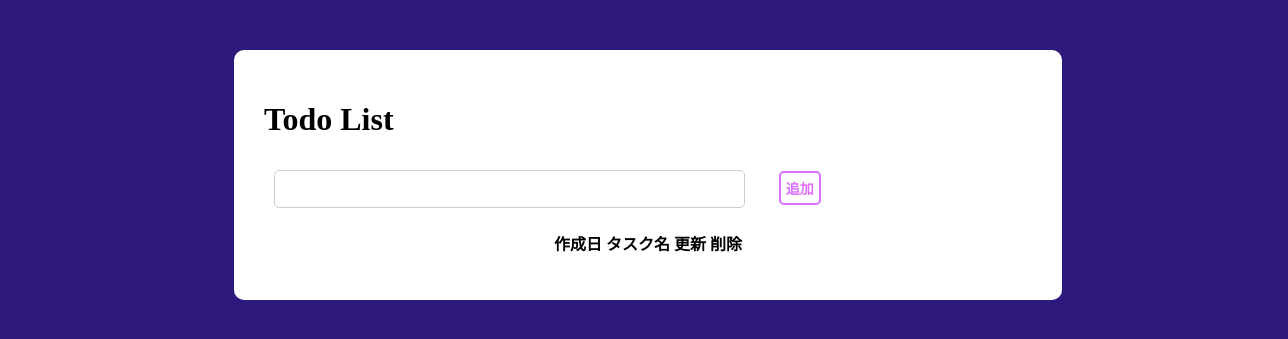
Repository: oninopantsu/20210529onoma
Page: http://localhost/todo/update
An editor plug-in stored every save of this project. The page is shown before and after a run of saves, followed by the edit.
The browser window is 1280 px wide. The page is 1288 px wide, so the pictures cover 1288 px, including what lies to the right of the window. The pictures show the whole page.
The page is served by the project's Laravel application, run on PHP 8.4 with Laravel 8. Other server files are loaded and not shown. Queries for data that is not in the repository find no rows.

Above is the page before, as saved 2021-06-05 16:42:14.

### routes/web.php
<?php

use App\Http\Controllers\TodoController;
use Illuminate\Support\Facades\Route;

/*
|--------------------------------------------------------------------------
| Web Routes
|--------------------------------------------------------------------------
|
| Here is where you can register web routes for your application. These
| routes are loaded by the RouteServiceProvider within a group which
| contains the "web" middleware group. Now create something great!
|
*/

Route::get('/',[TodoController::class,'index']);
Route::post('/',[TodoController::class,'create']);
Route::get('/todo/create',[TodoController::class,'index']);
Route::post('/todo/create',[TodoController::class,'create']);
Route::post('/todo/update',[TodoController::class,'index']);
Route::get('/todo/update',[TodoController::class,'update']);
Route::post('/todo/delete',[TodoController::class,'index']);
Route::get('/todo/delete',[TodoController::class,'delete']);

### app/Http/Controllers/TodoController.php
<?php

namespace App\Http\Controllers;


use Illuminate\Http\Request;
use Illuminate\Support\Facades\DB;
use App\Models\Todos;


class TodoController extends Controller
{
    public function index(Request $request)
    {
        $items = Todos::all();
        return view('index', ['items' => $items]);
    }
    public function create(Request $request)
    {
        $this->validate($request, Todos::$rules);
        $content = new Todos;
        $form = $request->all();
        unset($form['_token_']);
        $content->timestamps = false;
        $content->fill($form)->save();

        $items = Todos::all();
        return view('index', ['items' => $items]);
    }
    public function update(Request $request)
    {
        $items = Todos::all();
        return view('index', ['items' => $items]);
    }
    public function delete(Request $request)
    {
        $items = Todos::all();
        return view('index', ['items' => $items]);
    }
}

### app/Models/Todos.php
<?php

namespace App\Models;

use Illuminate\Database\Eloquent\Factories\HasFactory;
use Illuminate\Database\Eloquent\Model;
use Illuminate\Testing\Fluent\Concerns\Has;

class Todos extends Model
{
    use HasFactory;
    protected $guarded = array('id');
    public static $rules = array(
        'content' => 'required'
    );
    public function todos(){
        return $this->hasOne('App\Models\Todos');
    }
    public function getData()
    {
        return $this->id.':'.'('.$this->created_at.')' .$this->content;

    }

}

### resources/views/index.blade.php
<!DOCTYPE html>
<html lang="en">

<head>
  <meta charset="UTF-8">
  <meta http-equiv="X-UA-Compatible" content="IE=edge">
  <meta name="viewport" content="width=device-width, initial-scale=1.0">
  <title>@yield('title')</title>
  <style>
    body {
      background-color: #2d197c;
      width: 100%;
    }


    .todolist {
      margin: 50px auto;
      padding: 30px;
      width: 60%;
      background-color: #fff;
      color: #bbb;
      border-radius: 10px;
    }

    h1 {
      font-size: 32px;
      color: black;
    }

    .list__card {
      width: 100%;
      margin: 0 auto;
    }

    p {
      color: black;
      font-size: 12px;
    }

    .list {
      width: 60%;
      padding: 10px;
    }

    .submit {
      color: #dc70fa;
      border: 2px solid #dc70fa;
      background-color: #fff;
      font-weight: bold;
      margin-left: 30px;
      padding: 5px;
      cursor: pointer;
      transition: 0.4s;
    }

    .submit:hover {
      background-color: #dc70fa;
      color: #fff;
    }

    th {
      font-size: 16px;
      color: black;
    }


    table {
      display: flex;
      justify-content: space-around;
      padding: 10px;
    }
    td{
      padding-top: 10px;
      padding-left: 20px;
    }

    form {
      padding: 10px;
    }

    input {
      border-radius: 5px;
      border: 1px solid #ccc;
      font-size: 14px;
    }



    .button__update {
      border: 2px solid #fa9770;
      color: #fa9770;
      background-color: #fff;
      font-weight: bold;
      font-size: 12px;
      cursor: pointer;
      border-radius: 5px;
      padding: 5px 10px;
      transition: 0.4s;
    }

    .button__update:hover {
      background-color: #fa9770;
      color: #fff;
    }

    .button__delete {
      border: 2px solid #71fadc;
      color: #71fadc;
      background-color: #fff;
      font-weight: bold;
      font-size: 12px;
      border-radius: 10px;
      cursor: pointer;
      border-radius: 5px;
      padding: 5px 10px;
      transition: 0.4s;
    }

    .button__delete:hover {
      background-color: #71fadc;
      color: #fff;
    }
  </style>
</head>

<body>


  <div class="todolist">
    <div class="list__card">
      <h1>Todo List</h1>

      @if (count($errors) > 0)
      <ul>
        @foreach ($errors->all() as $error)
        <li>
          {{$error}}
        </li>
        @endforeach
      </ul>
      @endif

      <form action="/todo/create" method="post" class="newlist">
        @csrf
        <input class='list' type="text" name="content" value="">
        <input class='submit' type="submit" value="追加">
      </form>
      <table>
        <tr>
          <th>作成日</th>
          <th>タスク名</th>
          <th>更新</th>
          <th>削除</th>
        </tr>
        <tr>
          @foreach($items as $item)
          <form action="/todo/create" method="POST">
            <td>
              <p>{{$item->created_at}}</p>
            </td>
            <td>
              <input type="text" name="content" value="{{$item->content}}">

            </td>
          </form>
          <td>
            <form action="/todo/update" method="POST">
              <button class="button__update">更新</button>
            </form>
          </td>
          <td>
            <form action="/todo/delete" method="post">
              <button class="button__delete">削除</button>
            </form>
          </td>

        </tr>
        @endforeach
      </table>
      </form>
    </div>

  </div>

</body>

</html>

Loaded but not shown: app/Http/Controllers/Controller.php (common file)

After the next 2 saves:
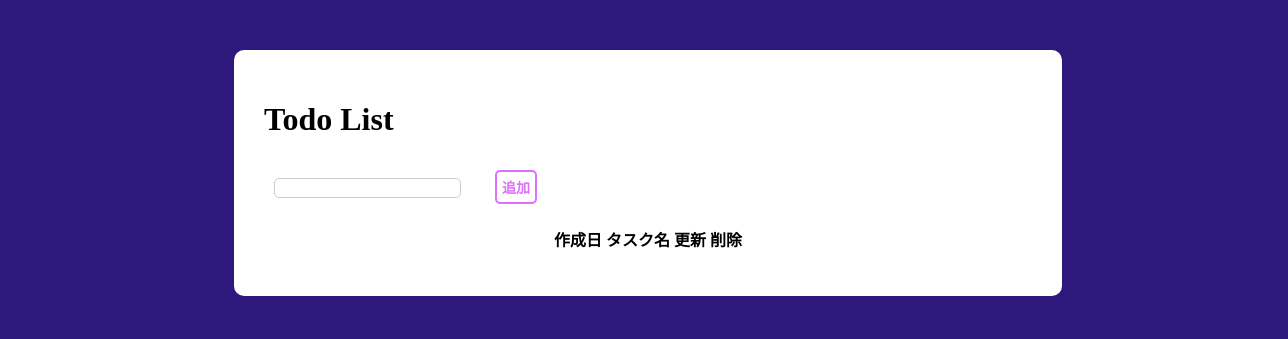
The 2 saves are shown as one change because they came seconds apart.
The last was saved 12 s later.
--- a/resources/views/index.blade.php
+++ b/resources/views/index.blade.php
@@ -37,7 +37,7 @@
       font-size: 12px;
     }
 
-    .list {
+    .nerlist {
       width: 60%;
       padding: 10px;
     }
